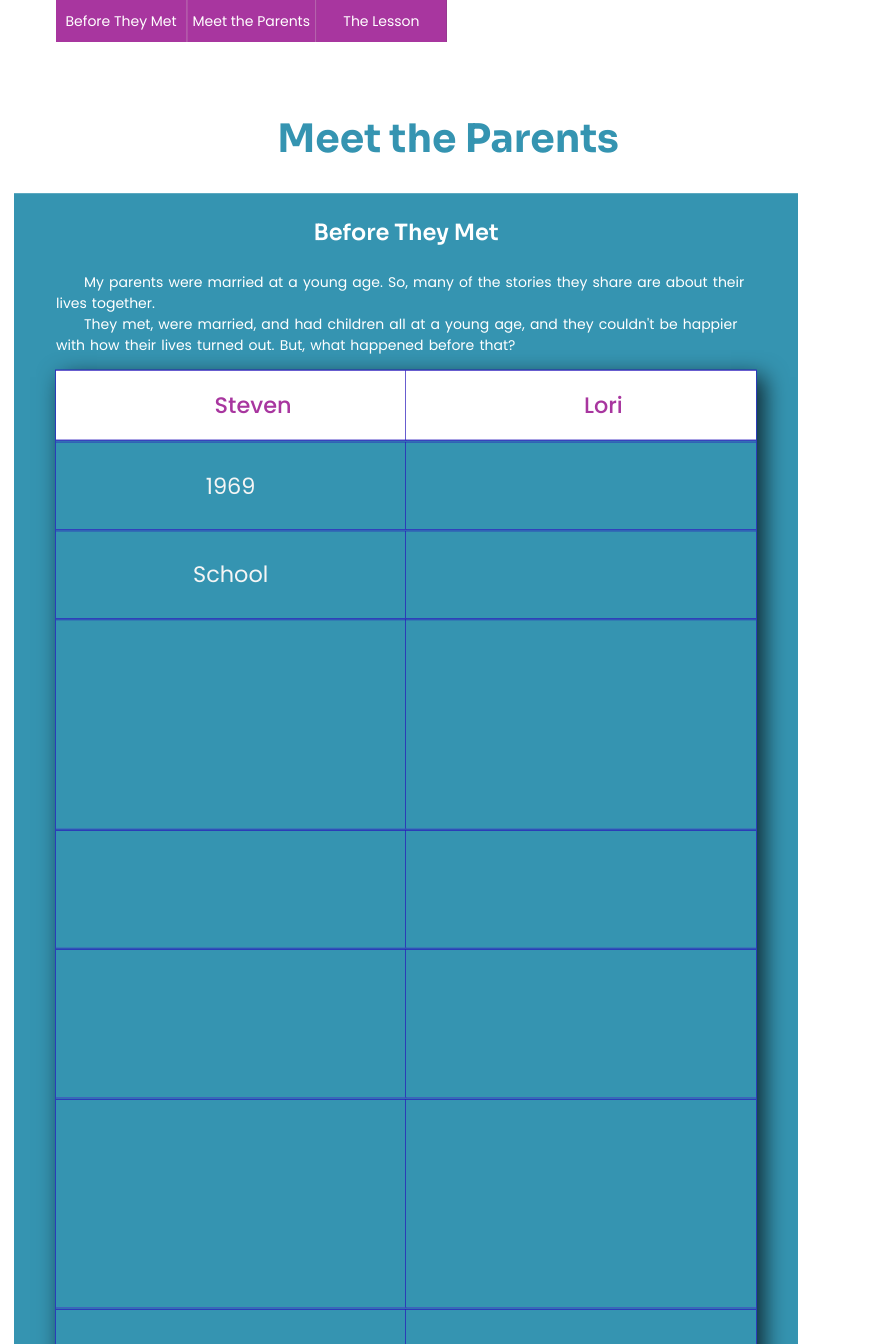
Repository: Sbethm/parents-tribute
Page: timeline.html
The author's editor kept a copy of each file at every save. The page is drawn from the files as they stood at one save, then again after a run of saves.
The browser window is 1280 px wide. The pictures show the part of the page from y = 0 to 1920 px (the page is 3570 px tall before and 3550 px after), at 70% of full size.

Above is the page before, as saved 2021-02-24 15:17:39.

### timeline.html
<!DOCTYPE html>
<html>
    <head>
      <meta charset="UTF-8">
      <title>Before They Met</title>
      <meta name="description" content="A choose your own story adventure game">
      <meta name="viewport" content="width=device-width, initial-scale=1.0">
      <link rel="preconnect" href="https://fonts.gstatic.com">
      <link href="https://fonts.googleapis.com/css2?family=Poppins:ital,wght@0,400;0,500;0,600;0,700;0,800;0,900;1,400;1,500;1,600;1,700;1,800;1,900&family=Sora:wght@400;500;600;700;800&display=swap" rel="stylesheet"> <!--
        This is used for headings:
        font-family: 'Sora', sans-serif;
        This is used for content:
        font-family: 'Poppins', sans-serif;-->
      <link href="style.css" type="text/css" rel="stylesheet">
    </head>

    <body>
      <header>
        <h1>Meet the Parents</h1>
        <nav class="navigation">
          <a href="timeline.html">Before They Met</a>
          <a class= "a--border" href="index.html">Meet the Parents</a>
          <a href="lesson.html">The Lesson</a>
        </nav>
      </header>
      <main>
        <h2>Before They Met</h2>
        <p class="p--first">My parents were married at a young age. So, many of the stories they share are about their lives together.</p>
        <p class="p--last">They met, were married, and had children all at a young age, and they couldn't be happier with how their lives turned out. But, what happened before that?</p>
        <div class="grid--timeline">
            <div class="grid__box--timeline dad">Steven</div>
            <div class="grid__box--timeline mom">Lori</div>
            <!---------Dad's Grid Boxes---------->
            <div class="grid__box--timeline f-1">Born in 1969. The same year that man  first stepped on the moon.</div>
            <div class="grid__box--timeline f-2">Steven attended a small Catholic school.</div>
            <div class="grid__box--timeline f-3">During recess in the 4th grade, he gashed his elbow while playing a rough-and-tumble game of football. This resulted in four stitches (for a nine year old that’s a lot of stitches!)</div>
            <div class="grid__box--timeline f-4">When he was thirteen, he camped in the backyard and stayed up all night.</div>
            <div class="grid__box--timeline f-5">He ran his first high school track meet, the 100 yard dash, and won third place. For the first track meet, that's not too shabby!</div>
            <div class="grid__box--timeline f-6">He was in a car accident, "not his fault", which lead to more stitches but this time in his forehead. Because of this, he had to sit out his senior year homecoming football game.</div>
            <div class="grid__box--timeline f-7">Having the lead role as Jesus during my high school senior year. It was the first annual Easter Passion play the school performed.</div>
            <div class="grid__box--timeline f-8">I remember a dream I had where I met a beautiful girl, at a homecoming dance, who I eventually married and we had two terrific kids who eventually married and gave me two more kids to enjoy time with.</div>
            <!---------Dad's Grid Box Covers----->
            <div class="cover__left f-1__cover">1969</div>
            <div class="cover__left  f-2__cover">School</div>
            <div class="cover__left  f-3__cover"></div>
            <div class="cover__left  f-4__cover"></div>
            <div class="cover__left  f-5__cover"></div>
            <div class="cover__left  f-6__cover"></div>
            <div class="cover__left  f-7__cover"></div>
            <div class="cover__left  f-8__cover"></div>
            <!---------Mom's Grid Boxes---------->
            <div class="grid__box--timeline m-1">Born in 1970. What happened this year? Oh, yeah! Mom was born!</div>
            <div class="grid__box--timeline m-2">Lori attended a slightly larger public school.</div>
            <div class="grid__box--timeline m-3">She cut off one of her pigtails in the bathroom. Perhaps to see if she had the makings of a hairstylist? Let's just say, this career path ended here.</div>
            <div class="grid__box--timeline m-4">She had skied half of a bunny slope when she realized this daredevil sport wasn't for her.</div>
            <div class="grid__box--timeline m-5">She performed the lead role in a junior high school play.</div>
            <div class="grid__box--timeline m-6">After a white knuckled horse ride in the Appalachians, she discovered that she was not meant to lead a life of adventure</div>
            <div class="grid__box--timeline m-7">made camps with her cousins in the Ritchie woods.</div>
            <div class="grid__box--timeline m-8">made camps with her cousins in the Ritchie woods.</div>
            <!---------Mom's Grid Box Covers----->
            <div class="cover__right m-1__cover"></div>
            <div class="cover__right m-2__cover"></div>
            <div class="cover__right m-3__cover"></div>
            <div class="cover__right m-4__cover"></div>
            <div class="cover__right m-5__cover"></div>
            <div class="cover__right m-6__cover"></div>
            <div class="cover__right m-7__cover"></div>
            <div class="cover__right m-8__cover"></div>
            <!--------After They Met Boxes------->
            <div class="grid__box--timeline fm-1">Met in ____ when Steven was 21 and Lori was 19 years old.</div>
            <div class="grid__box--timeline fm-2">At the age of 21, Lori gave birth to Sarah (me!).</div>
            <div class="grid__box--timeline fm-3">One year later (obviously not satisfied with their first child) Lori and Steven had their second child, a son named John.</div>
        </div>
        <section>
          <img class="img-hiking"src="img/hiking.jpg" alt="Mom and dad enjoying a hike.">
          <p class="p--last">They met, were married, and had children all at a young age, and they couldn't be happier with how their lives turned out. But, what happened before that?</p>
        </section>
      </main>
      <footer>
        <img class="icon" src="img/profile_icon.png" alt="profile icon">
        Sarah Moosa
        <br><br>
        <img class="icon" src="img/home_icon.png" alt="home icon">
        Meet the Parents
      </footer>
    </body>
</html>

### style.css
/*
html5doctor.com Reset Stylesheet
v1.6.1
Last Updated: 2010-09-17
Author: Richard Clark - http://richclarkdesign.com
Twitter: @rich_clark
*/

html, body, div, span, object, iframe,
h1, h2, h3, h4, h5, h6, p, blockquote, pre,
abbr, address, cite, code,
del, dfn, em, img, ins, kbd, q, samp,
small, strong, sub, sup, var,
b, i,
dl, dt, dd, ol, ul, li,
fieldset, form, label, legend,
table, caption, tbody, tfoot, thead, tr, th, td,
article, aside, canvas, details, figcaption, figure,
footer, header, hgroup, menu, nav, section, summary,
time, mark, audio, video {
    margin:0;
    padding:0;
    border:0;
    outline:0;
    font-size:100%;
    vertical-align:baseline;
    background:transparent;
}

body {
    line-height:1;
}

article,aside,details,figcaption,figure,
footer,header,hgroup,menu,nav,section {
    display:block;
}

nav ul {
    list-style:none;
}

blockquote, q {
    quotes:none;
}

blockquote:before, blockquote:after,
q:before, q:after {
    content:'';
    content:none;
}

a {
    margin:0;
    padding:0;
    font-size:100%;
    vertical-align:baseline;
    background:transparent;
}

/* change colours to suit your needs */
ins {
    background-color:#ff9;
    color:#000;
    text-decoration:none;
}

/* change colours to suit your needs */
mark {
    background-color:#ff9;
    color:#000;
    font-style:italic;
    font-weight:bold;
}

del {
    text-decoration: line-through;
}

abbr[title], dfn[title] {
    border-bottom:1px dotted;
    cursor:help;
}

table {
    border-collapse:collapse;
    border-spacing:0;
}

/* change border colour to suit your needs */
hr {
    display:block;
    height:1px;
    border:0;
    border-top:1px solid #cccccc;
    margin:1em 0;
    padding:0;
}

input, select {
    vertical-align:middle;
}

/* MY CODE BELOW */

body {
    width: 100vw;
    position: absolute;
}

main {
    width: calc(100vw - 40px);
    height: 100%;
    margin: 20px 20px;
    background-color: rgb(53, 148, 177);
}

header {
    width: 100vw;
    padding-top: 40px;
    display: flex;
    flex-direction: column;
    background-color: rgb(255, 255, 255);
}

h1 {
    width: 100%;
    font-family: 'Sora', sans-serif;
    color: rgb(53, 148, 177);
    font-size: 3em;
    font-weight: 700;
    text-align: center;
    padding-bottom: 30px;
}

.navigation {
    max-width: 100vw;
    background-color: rgb(126, 66, 121);
    text-align: center;
    display: grid;
    grid-template-columns: repeat(3, 1fr);
    grid-template-areas:
      " time meet lesson";
}

.time {
    grid-area: time;
}

.meet {
    grid-area: meet;
}

.lesson {
    grid-area: lesson;
}

a {
    padding: 20px 7px;
    background-color: rgb(168, 54, 159);
    font-family: 'Poppins', sans-serif;
    font-size: 1em;
    font-weight: 400;
    color: rgb(255, 255, 255);
    text-decoration: none;
}

.a--border {
    border-left: solid 2px rgb(182, 97, 173);
    border-right: solid 2px rgb(182, 97, 173);
}

a:hover {
    background-color: rgb(97, 49, 92);
}

section {
    width: 100%;
}

h2 {
    max-width: 100%;
    padding: 20px 20px 10px 20px;
    font-family: 'Sora', sans-serif;
    font-size: 1.5em;
    font-weight: 600;
    text-align: center;
    color: rgb(255, 255, 255);
}


.img-sitting,
.img-hiking,
.disney-adventure__img {
    max-width: 100%;
    height: auto;
    justify-content: center;
    align-content: center;
}

.p--first,
.p--inner,
.p--last {
    font-family: 'Poppins', sans-serif;
    font-size: 1em;
    text-indent: 2em;
    line-height: 1.5em;
    word-spacing: 0.1em;
    color: rgb(255, 255, 255);
}

.p--first {
    padding: 10px 20px 0px 20px;
}

.p--inner {
    padding: 0px 20px 0px 20px;
}

.p--last {
    padding: 0px 20px 10px 20px;
}

footer {
    width: calc(100vw - 42px);
    height: 100px;
    padding: 40px 20px 0 20px;
    position: relative;
    bottom: 0;
    font-family: 'Poppins', sans-serif;
    font-size: 1em;
    font-weight: 500;
    border: solid 1px rgb(182, 97, 173);
}

.icon {
    width: 20px;
    height: auto;
}
/*MEET THE PARENTS CODE PHONE*/

.img-sitting {
    margin: 10px 0;
}

/*TIMELINE CODE PHONE*/

.grid--timeline {
    display: grid;
    margin: 10px 0;
    border: solid 1px rgb(40, 23, 187);
    grid-template-columns: 1fr 1fr;
    grid-template-rows: repeat(13, fit-content);
    grid-template-areas:
        "tl tl"
        "dad mom"
        "f-1 m-1"
        "f-2 m-2"
        "f-3 m-3"
        "f-4 m-4"
        "f-5 m-5"
        "f-6 m-6"
        "f-7 m-7"
        "f-8 m-8"
        "fm-1 fm-1"
        "fm-2 fm-2"
        "fm-3 fm-3";
}

.grid__box--timeline {
    background-color: rgb(255, 255, 255);
    padding: 10px 7px;
    color: rgb(168, 54, 159);
    text-align: center;
    font-family: 'Poppins', sans-serif;
    font-weight: 500;
    font-size: 1em;
}

.dad {
    grid-area: dad;
    border-top: solid 1px rgb(40, 23, 187);
    border-bottom: solid 1px rgb(40, 23, 187);
    border-right: solid 1px rgb(40, 23, 187);
}

.mom {
    grid-area: mom;
    border-top: solid 1px rgb(40, 23, 187);
    border-bottom: solid 1px rgb(40, 23, 187);
}

.f-1 {
    grid-area: f-1;
    border-bottom: solid 1px rgb(40, 23, 187);
    border-right: solid 1px rgb(40, 23, 187);
}

.f-2 {
    grid-area: f-2;
    border-bottom: solid 1px rgb(40, 23, 187);
    border-right: solid 1px rgb(40, 23, 187);
}

.f-3 {
    grid-area: f-3;
    border-bottom: solid 1px rgb(40, 23, 187);
    border-right: solid 1px rgb(40, 23, 187);
}

.f-4 {
    grid-area: f-4;
    border-bottom: solid 1px rgb(40, 23, 187);
    border-right: solid 1px rgb(40, 23, 187);
}

.f-5 {
    grid-area: f-5;
    border-bottom: solid 1px rgb(40, 23, 187);
    border-right: solid 1px rgb(40, 23, 187);
}

.f-6 {
    grid-area: f-6;
    border-bottom: solid 1px rgb(40, 23, 187);
    border-right: solid 1px rgb(40, 23, 187);
}

.f-7 {
    grid-area: f-7;
    border-bottom: solid 1px rgb(40, 23, 187);
    border-right: solid 1px rgb(40, 23, 187);
}

.f-8 {
    grid-area: f-8;
    border-bottom: solid 1px rgb(40, 23, 187);
    border-right: solid 1px rgb(40, 23, 187);
}


.cover__left {
    z-index: 2;
    color:rgb(245, 245, 245);
    font-family: 'Poppins', sans-serif;
    text-align: center;
    font-size: 1em;
    background-color: rgb(53, 148, 177);
    border-top: double 3px rgb(40, 23, 187);
    border-right: solid 1px rgb(40, 23, 187);
    display: flex;
    justify-content: center;
    align-items: center;
}

.cover__right {
    z-index: 2;
    color:rgb(245, 245, 245);
    font-family: 'Poppins', sans-serif;
    text-align: center;
    font-size: 2em;
    background-color: rgb(53, 148, 177);
    border-top: double 3px rgb(40, 23, 187);

    display: flex;
    justify-content: center;
    align-items: center;

}

.cover__left:hover,
.cover__right:hover {
    color: rgb(245, 245, 245, 0);
    animation-name: fade;
    animation-duration: 1s;
    animation-fill-mode: forwards;
}

@keyframes fade {
    0% {
        background-color: rgb(53, 148, 177);
    }
    100% {
        background-color: rgb(65, 175, 209, 0);
    }
}

.f-1__cover {
    grid-area: f-1;
}

.f-2__cover {
    grid-area: f-2;
}

.f-3__cover {
    grid-area: f-3;
}

.f-4__cover {
    grid-area: f-4;
}

.f-5__cover {
    grid-area: f-5;
}

.f-6__cover {
    grid-area: f-6;
}

.f-7__cover {
    grid-area: f-7;
}

.f-8__cover {
    grid-area: f-8;
}

.m-1__cover {
    grid-area: m-1;
}

.m-2__cover {
    grid-area: m-2;
}

.m-3__cover {
    grid-area: m-3;
}

.m-4__cover {
    grid-area: m-4;
}

.m-5__cover {
    grid-area: m-5;
}

.m-6__cover {
    grid-area: m-6;
}

.m-7__cover {
    grid-area: m-7;
}

.m-8__cover {
    grid-area: m-8;
}

.m-1 {
    grid-area: m-1;
    border-bottom: solid 1px rgb(40, 23, 187);
}

.m-2 {
    grid-area: m-2;
    border-bottom: solid 1px rgb(40, 23, 187);
}

.m-3 {
    grid-area: m-3;
    border-bottom: solid 1px rgb(40, 23, 187);
}

.m-4 {
    grid-area: m-4;
    border-bottom: solid 1px rgb(40, 23, 187);
}

.m-5 {
    grid-area: m-5;
    border-bottom: solid 1px rgb(40, 23, 187);
}

.m-6 {
    grid-area: m-6;
    border-bottom: solid 1px rgb(40, 23, 187);
}

.m-7 {
    grid-area: m-7;
    border-bottom: solid 1px rgb(40, 23, 187);
}

.m-8 {
    grid-area: m-8;
    border-bottom: solid 1px rgb(40, 23, 187);
}

.fm-1 {
    grid-area: fm-1;
    border-bottom: solid 1px rgb(40, 23, 187);
}

.fm-2 {
    grid-area: fm-2;
    border-bottom: solid 1px rgb(40, 23, 187);
}

.fm-3 {
    grid-area: fm-3;
    border-bottom: solid 1px rgb(40, 23, 187);
}

.img-hiking {
    margin-bottom: 10px;
}

/*LESSON LEARNED CODE PHONE*/

.disney-adventure__img {
    margin: 20px 0;
}


/*iPAD*/ @media screen and (min-width: 700px) and (max-width: 899px) {

    header {

        flex-direction: column-reverse;
    }

    h1 {
        font-size: 3.5em;
        padding-top: 90px;
        padding-bottom: 50px;
    }

    main {
        padding: 20px 0;
        margin: 0 20px;
        width: calc(100vw - 40px);
        background-color: rgb(53, 148, 177);
        border-top: none;
    }

    .navigation {
        position: fixed;
        top: 0;
    }

    a {
        padding: 20px 40px;
        font-size: 1.5em;
    }

    .a--border {
        padding: 20px 60px;
    }

    h2 {
        font-size: 2.5em;

    }

    .p--first,
    .p--inner,
    .p--last {
        font-size: 1.5em;
        text-indent: 2em;
        line-height: 1.6em;
        word-spacing: 0.15em;
    }

    .p--first {
        padding: 20px 40px 0px 40px;
    }

    .p--inner {
        padding: 0px 40px 0px 40px;
    }

    .p--last {
        padding: 0px 40px 20px 40px;
    }

    section {
        background-color: rgb(40, 23, 187, 0);
        border: none;
    }

    .grid--section {
        max-width: calc(100vw - 40px);
        display: grid;
        grid-template-columns: 50% 50%;
        grid-template-rows: 100px 200px 200px;
        grid-template-areas:
            "title title"
            "picture p1"
            "picture p2";
    }

    section h2 {
        grid-area: title;
        align-self: center;
        justify-self: center;
    }

    .img-sitting {
        max-height: 360px;
        margin-bottom: 20px;
        border: solid 1px rgb(40, 23, 187);
        border-left: none;
        grid-area: picture;
        justify-self: center;
        align-self: center;
    }

    .p1 {
        align-self: flex-start;
        grid-area: p1;
        padding-left: 40px;
        padding-right: 20px;
    }

    .p2 {
        align-self: flex-end;
        grid-area: p2;
        padding: 0 20px 30px 40px;
    }

    footer {
        width: calc(100vw - 42px);
        height: 200px;
        font-size: 1em;
        font-weight: 500;
    }

    .icon {
        width: 40px;
        height: auto;
    }

/*TIMELINE CODE iPAD*/

    .grid__box--timeline{
        padding: 20px;
        font-size: 1.5em;
        line-height: 35px;
    }

    .title {
        font-size: 2.5em;
        color: rgb(255, 255, 255);
        background-color: rgb(53, 148, 177);
    }

    .dad,
    .mom {
        font-size: 2em;
    }

    .img-hiking {
        border: solid 1px rgb(40, 23, 187);
    }



/*LESSON LEARNED CODE iPAD*/

}

/*COMPUTER*/@media screen and (min-width: 900px) and (max-width: 2000px) {

    header {
        padding-top: 80px;
    }

    h1 {
        font-size: 4em;
        padding-bottom: 70px;
    }

    main {
        max-width: calc(100vw - 160px);
        padding-top: 20px;
        margin: 0 80px;
        border-top: none;
    }

    header {

        flex-direction: column-reverse;
    }

    h1 {
        font-size: 3.5em;
        padding-top: 90px;
        padding-bottom: 50px;
    }

    main {
        padding: 20px 0;
        margin: 0 20px;
        width: calc(100vw - 40px);
        background-color: rgb(53, 148, 177);
        border-top: none;
    }

    .navigation {
        max-width: calc(100vw - 160px);
        margin: 0 80px;
        position: fixed;
        top: 0;
    }

    a {
        font-size: 1.25em;
    }

    h2 {
        font-size: 2em;
        padding: 20px;
    }

    .p--first,
    .p--inner,
    .p--last {
        font-size: 1.25em;
        text-indent: 2em;
        line-height: 1.5em;
        word-spacing: 0.1em;
    }

    .p--first {
        padding: 20px 60px 0px 60px;
    }

    .p--inner {
        padding: 0px 60px 0px 60px;
    }

    .p--last {
        padding: 0px 60px 20px 60px;
    }

    .grid--section {
        display: grid;
        padding-bottom: 40px;
        grid-template-columns: auto;
        grid-template-rows: 150px 420px 150px 150px;
        grid-template-areas:
            "title"
            "picture"
            "p1"
            "p2";
    }

    section h2 {
        align-self: center;
        justify-self: center;
    }

    .img-sitting {
        max-height: 400px;
        margin-bottom: 0px;
        border: double 3px rgb(255, 255, 255);
        justify-self: center;
        align-self: center;
    }

    .p1 {
        align-self: center;
        grid-area: p1;
        padding: 20px 40px;
    }

    .p2 {
        align-self: center;
        grid-area: p2;
        padding: 20px 40px;
    }

    footer {
        margin: 0 80px;
        max-width: calc(100vw - 162px);
        height: 200px;
        font-size: 1em;
        font-weight: 500;
    }

    .icon {
        width: 25px;
        height: auto;
    }

/*TIMELINE CODE COMPUTER*/

    .img-hiking {
    max-height: 400px;
    width: auto;
    border: double 3px rgb(255, 255, 255);
    display: block;
    margin: 50px auto ;
    }

    .grid__box--timeline{
        z-index: 1;
        padding: 20px;
        font-size: 1.5em;
        text-indent: 2em;
        line-height: 1.8em;
        word-spacing: 0.15em;
    }

    .grid--timeline {
        display: grid;
        margin: 0 auto;
        max-width: 1000px;
        box-shadow: 10px 10px 31px 0px rgba(0,0,0,0.75);
        -webkit-box-shadow: 10px 10px 31px 0px rgba(0,0,0,0.75);
        -moz-box-shadow: 10px 10px 31px 0px rgba(0,0,0,0.75);
        grid-template-columns: 1fr 1fr;
        grid-template-rows: repeat(13, fit-content);
        grid-template-areas:
            "tl tl"
            "dad mom"
            "f-1 m-1"
            "f-2 m-2"
            "f-3 m-3"
            "f-4 m-4"
            "f-5 m-5"
            "f-6 m-6"
            "f-7 m-7"
            "f-8 m-8"
            "fm-1 fm-1"
            "fm-2 fm-2"
            "fm-3 fm-3";
    }

    .grid__box--timeline {
    font-weight: 400;
    }

    .dad,
    .mom {
        font-size: 2em;
        font-weight: 500;
    }

    .cover__left {
        z-index: 2;
        color:rgb(245, 245, 245);
        font-family: 'Poppins', sans-serif;
        text-align: center;
        font-size: 2em;
        background-color: rgb(53, 148, 177);
        border-top: double 3px rgb(40, 23, 187);
        border-right: solid 1px rgb(40, 23, 187);
        display: flex;
        justify-content: center;
        align-items: center;
    }

    .cover__right {
        z-index: 2;
        color:rgb(245, 245, 245);
        font-family: 'Poppins', sans-serif;
        text-align: center;
        font-size: 2em;
        background-color: rgb(53, 148, 177);
        border-top: double 3px rgb(40, 23, 187);

        display: flex;
        justify-content: center;
        align-items: center;

    }


    .m-1 {
        border-left: solid 1px rgb(40, 23, 187);
    }

    .m-2 {
        border-left: solid 1px rgb(40, 23, 187);
    }

    .m-3 {
        border-left: solid 1px rgb(40, 23, 187);
    }

    .m-4 {
        border-left: solid 1px rgb(40, 23, 187);
    }

    .m-5 {
        border-left: solid 1px rgb(40, 23, 187);
    }

    .m-6 {
        border-left: solid 1px rgb(40, 23, 187);
    }

    .m-7 {
        border-left: solid 1px rgb(40, 23, 187);
    }

    .m-8 {
        border-left: solid 1px rgb(40, 23, 187);
    }


    /*LESSON LEARNED CODE iPAD*/

    }

After the next 2 saves:
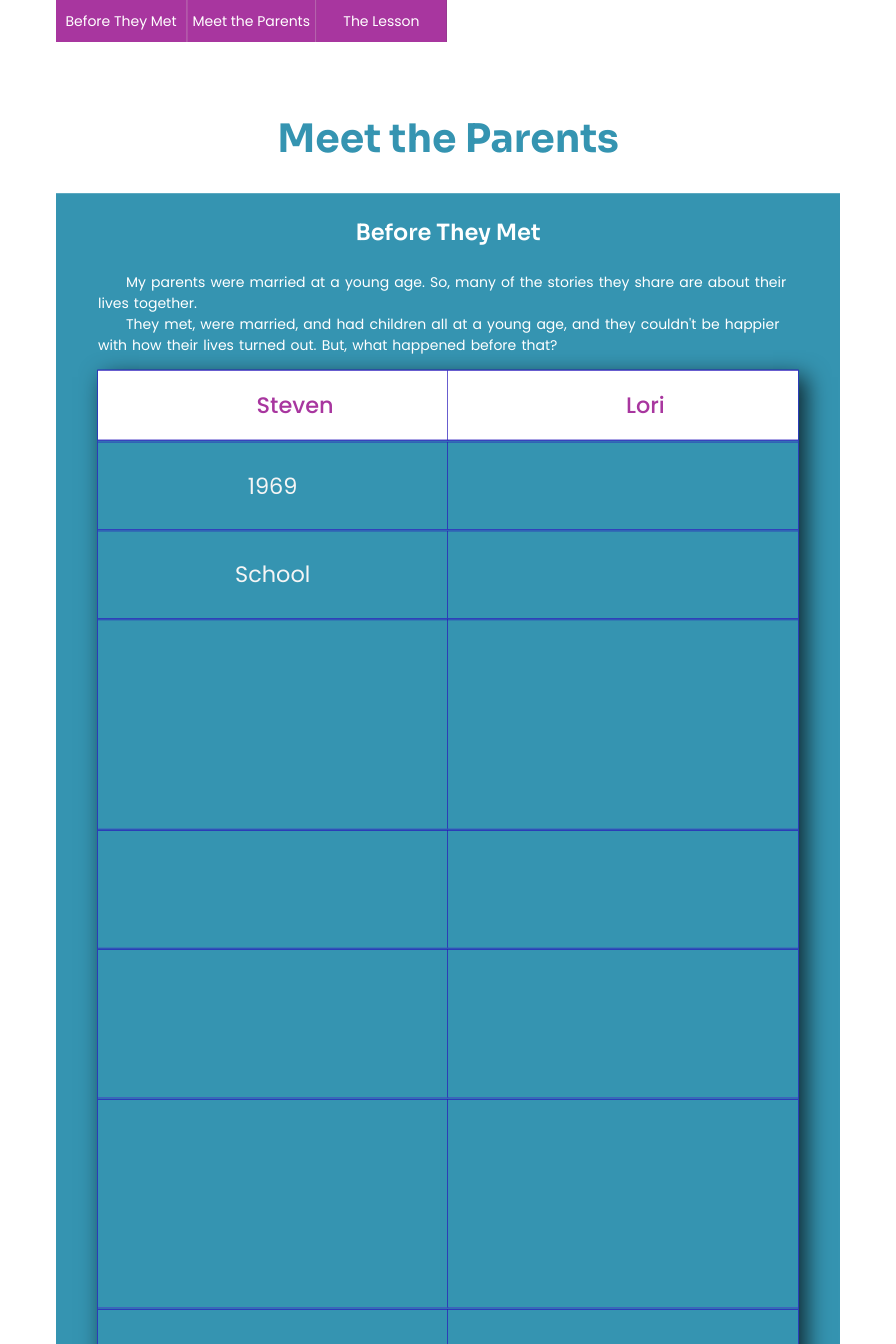
The 2 saves are shown as one change because they came seconds apart.
The last was saved 20 s later.
--- a/style.css
+++ b/style.css
@@ -689,14 +689,6 @@ footer {
         font-size: 3.5em;
         padding-top: 90px;
         padding-bottom: 50px;
-    }
-
-    main {
-        padding: 20px 0;
-        margin: 0 20px;
-        width: calc(100vw - 40px);
-        background-color: rgb(53, 148, 177);
-        border-top: none;
     }
 
     .navigation {
